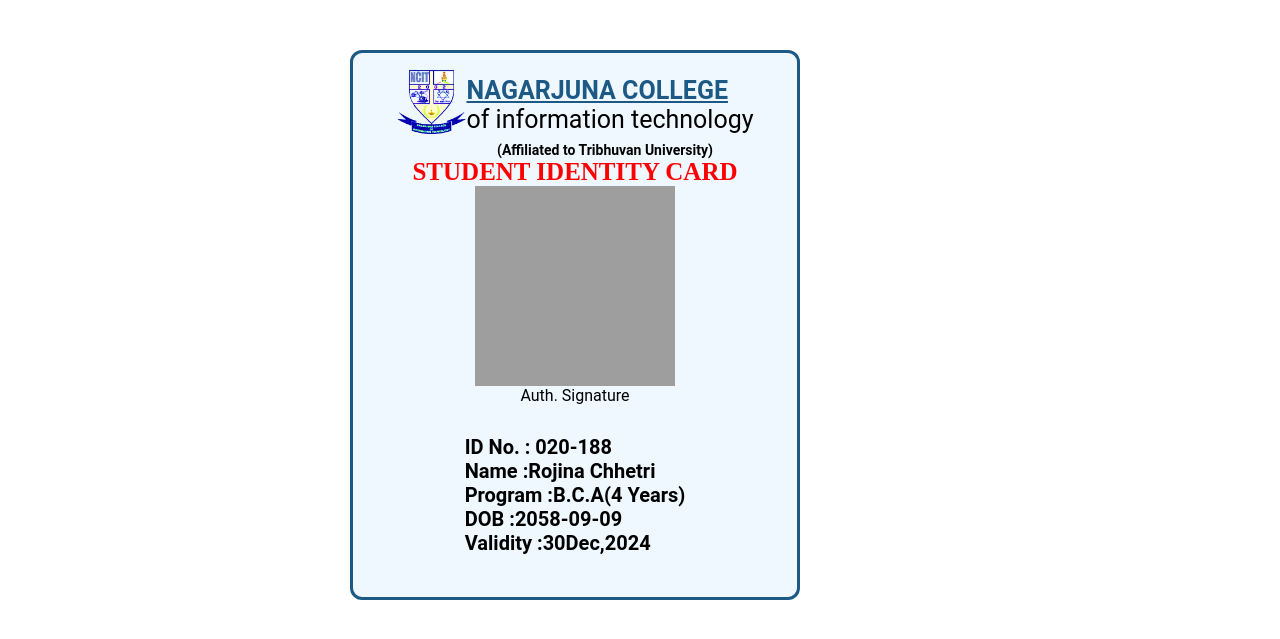
Repository: Rojinachhetri/roji
Page: rojina.html
These files come from the project's save history. The page is drawn as it stood at one moment and after the next save; the edit follows.
The browser window is 1280 px wide. The pictures show the whole page.
Pictures or frames that could not be fetched are drawn as grey boxes.

Above is the page before, as saved 2023-04-24 23:01:09.

After the next save:
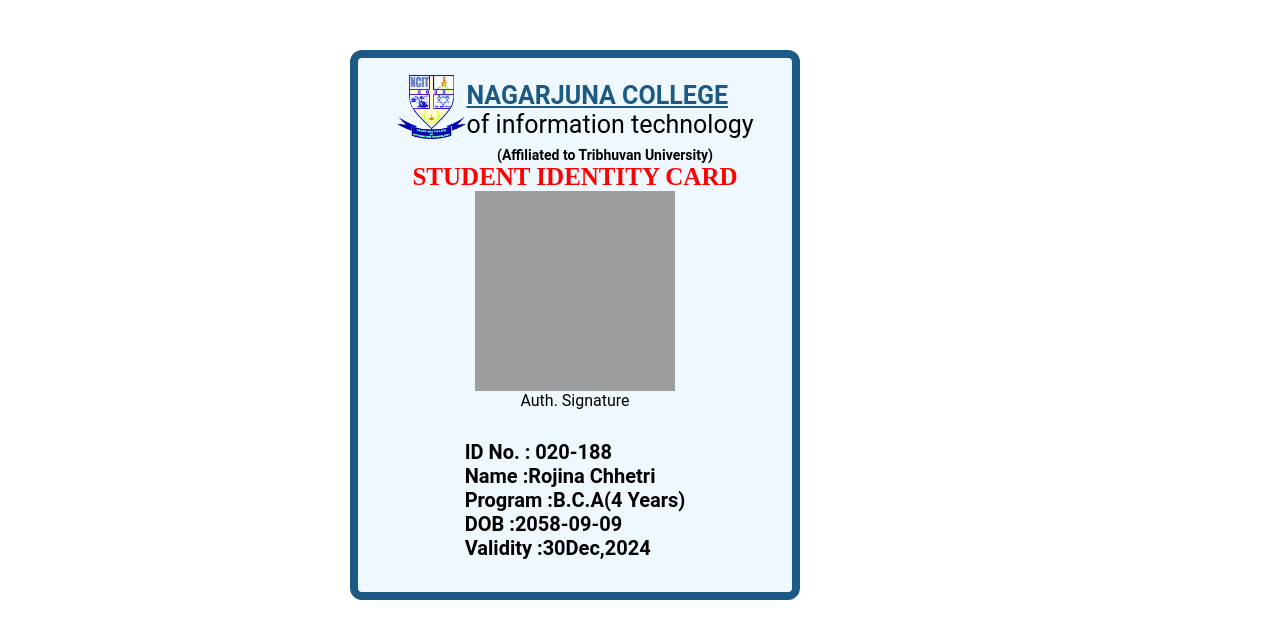
Saved 18 s later.
--- a/rojina.css
+++ b/rojina.css
@@ -9,7 +9,7 @@
         width: 450px;
         height: 550px;
         background-color: aliceblue;
-        border: 3px solid #1c5a85;
+        border: 8px solid #1c5a85;
         display: flex;
         flex-direction: column;
         align-items: center;
